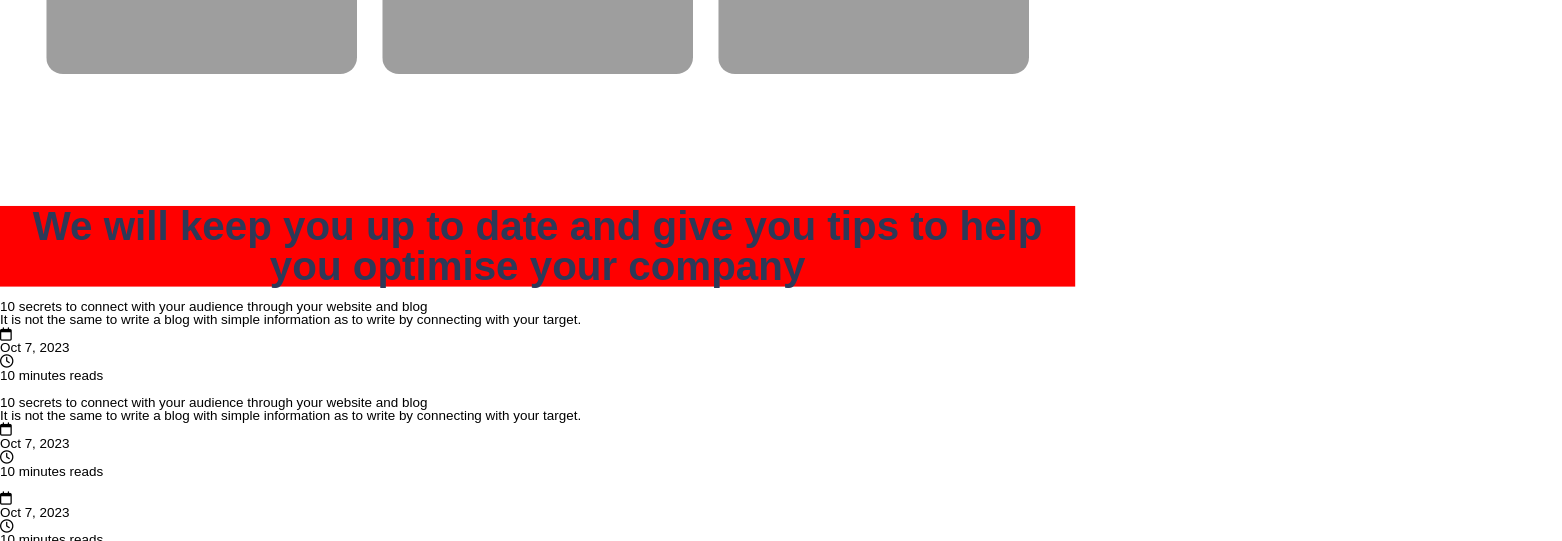
Repository: 0584386177/Clone
Page: src/page/pr.html
An editor plug-in stored every save of this project. The page is shown before and after the next save, followed by the edit.
The browser window is 1280 px wide. The page is 1860 px wide, so the pictures cover 1860 px, including what lies to the right of the window. The pictures show the part of the page from y = 3174 to 3818 px (the page is 3989 px tall before and 4037 px after), at 84% of full size.
Pictures or frames that could not be fetched are drawn as grey boxes. The style sheet was rebuilt from its Sass, Less or Tailwind sources for each picture, by a compiler version that may differ from the author's.

Above is the page before, as saved 2023-10-09 11:14:58.

After the next save:
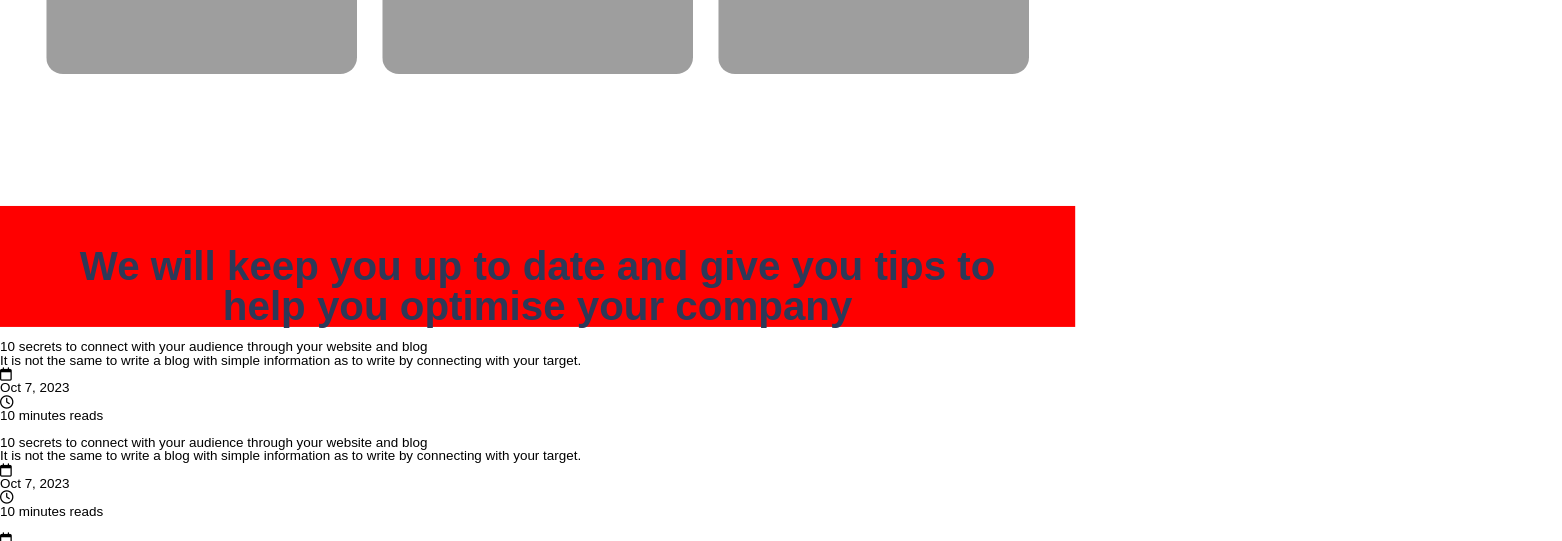
Saved 33 s later.
--- a/src/page/pr.html
+++ b/src/page/pr.html
@@ -253,8 +253,8 @@
       </div>
       <div class="post">
         <div class="post--header">
-          <h1 class="post--header_title">
-            We will keep you up to date and give you tips to help you optimise
+          <br class="post--header_title">
+            We will keep you up to date and give you tips to </br> help you optimise
             your company
           </h1>
         </div>
